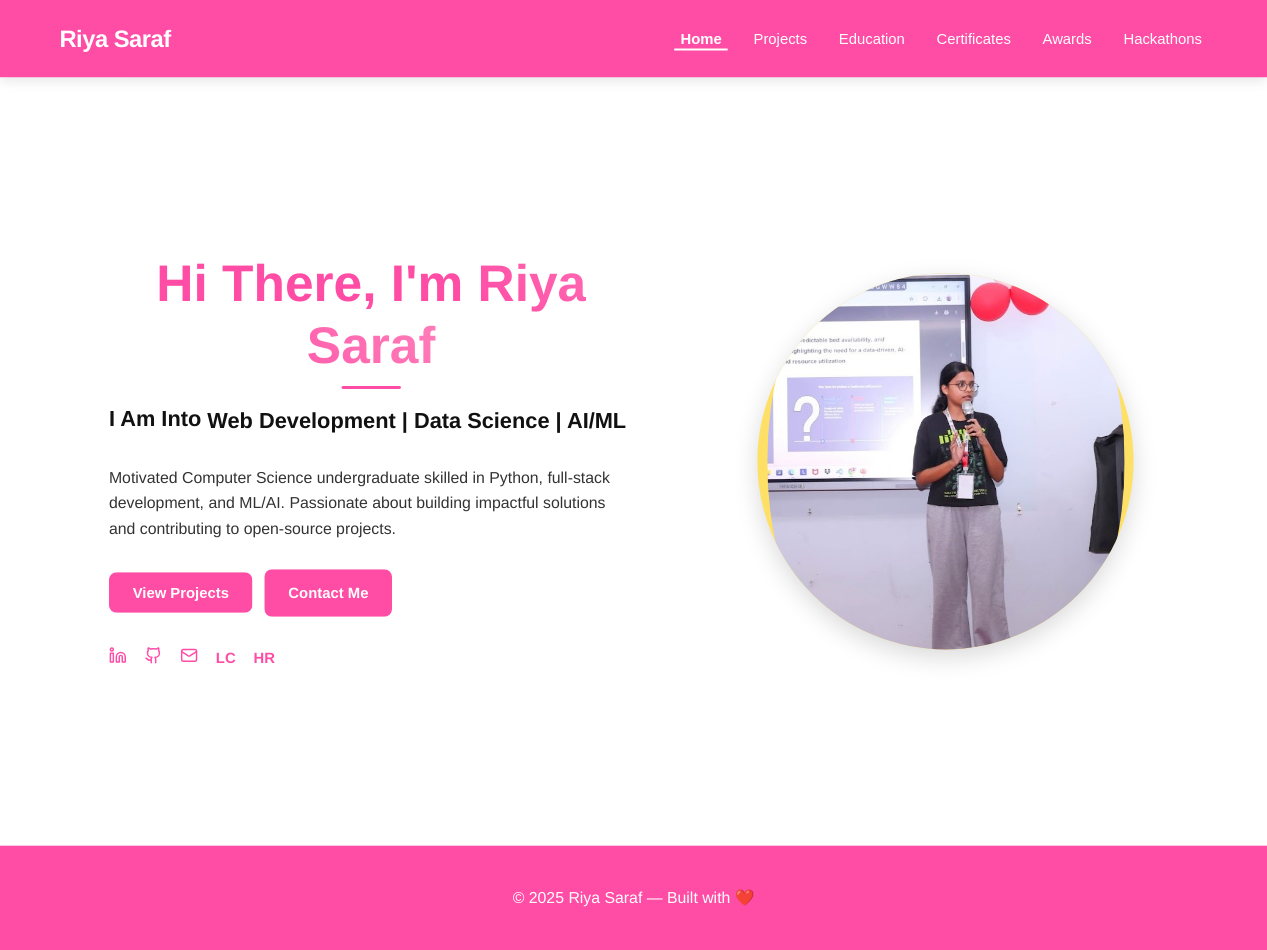
Repository: riyaaaa19/riya-portfolio
Page: /
An editor plug-in stored every save of this project. The page is shown before and after the next save, followed by the edit.
The browser window is 1280 px wide. The pictures show the whole page, at 99% of full size.
The project was rebuilt for these pictures with package versions that can differ from the ones it lists, and the page was loaded fresh each time. Also part of the build but not shown: src/components/TimelineCard.js.

Above is the page before, as saved 2025-09-14 14:30:59.

After the next save:
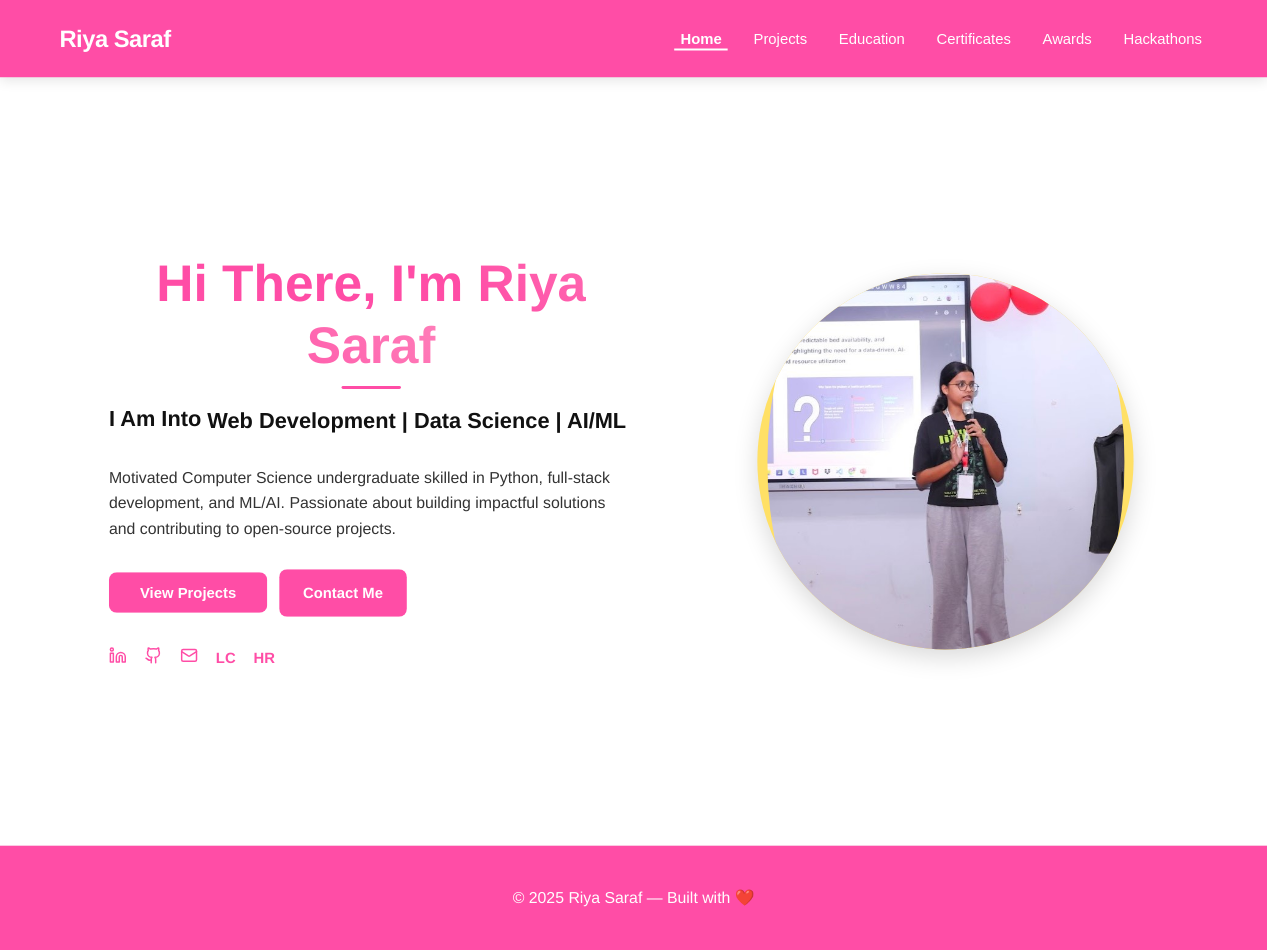
Saved 58 s later.
--- a/src/styles.css
+++ b/src/styles.css
@@ -198,6 +198,7 @@ button.cta,
 button.outline {
     margin-right: 12px;
     padding: 10px 22px;
+    width: 160px;
     font-size: 15px;
     font-weight: 600;
     border-radius: 8px;
